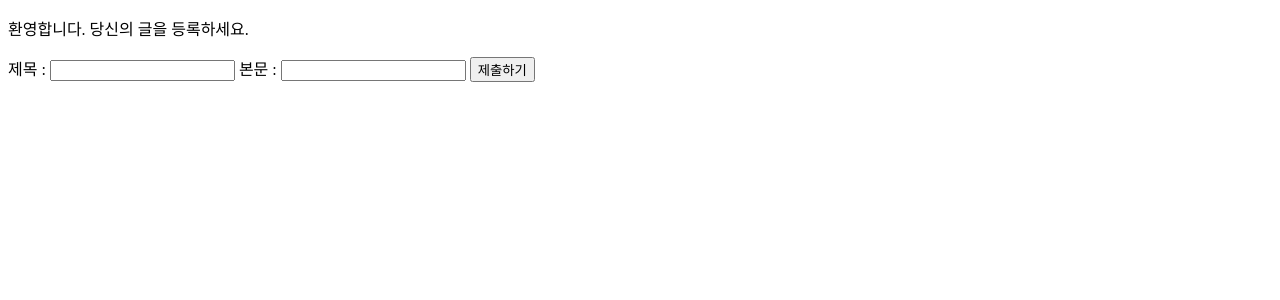
Repository: pearlgate/homework
Page: Noh/JAVA/Servlet jsp/servlet_workspace/jspServletStudy/WebContent/hello.html
The author's editor kept a copy of each file at every save. The page is drawn from the files as they stood at one save, then again after the next save.
The browser window is 1280 px wide. The pictures show the whole page.

Above is the page before, as saved 2021-02-24 12:21:03.

After the next save:
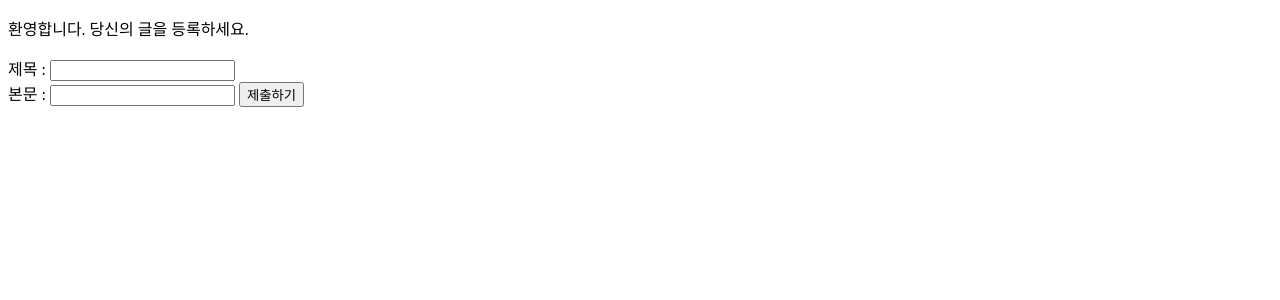
Saved 21 s later.
--- a/Noh/JAVA/Servlet jsp/servlet_workspace/jspServletStudy/WebContent/hello.html
+++ b/Noh/JAVA/Servlet jsp/servlet_workspace/jspServletStudy/WebContent/hello.html
@@ -8,7 +8,7 @@
 	<p>환영합니다. 당신의 글을 등록하세요.</p>
 	<div>
 		<form>
-			<label> 제목 : </label><input type="text" name="title">
+			<label> 제목 : </label><input type="text" name="title"><br>
 			<label> 본문 : </label><input type="text" name="content">
 			<input type="submit" value="제출하기">
 		</form>
